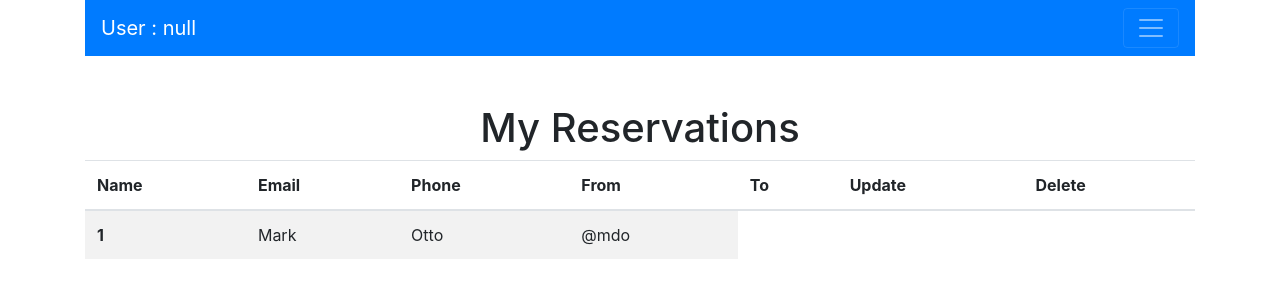
Repository: SachinUthpala/Railway-Reservation
Page: http://localhost/Railway/My_res_sv
An editor plug-in stored every save of this project. The page is shown before and after the next save, followed by the edit.
The browser window is 1280 px wide. The pictures show the whole page.
Some web libraries are served in a nearby version. The page is served by Tomcat 9. Queries for data that is not in the repository find no rows.

Above is the page before, as saved 2023-05-21 06:33:23.

After the next save:
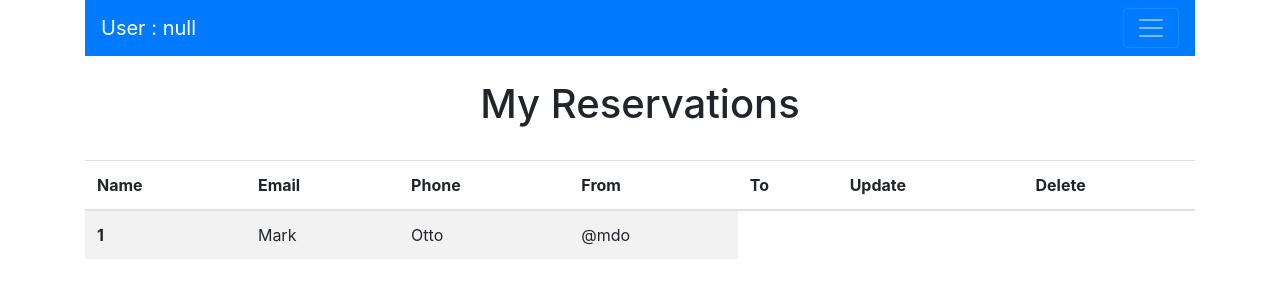
Saved 19 s later.
--- a/Railway/src/main/webapp/Reserve/myReservation.jsp
+++ b/Railway/src/main/webapp/Reserve/myReservation.jsp
@@ -43,9 +43,10 @@
 </div>
 
 <!-- End of Nav Bar -->
-<br><br>
+<br>
 <div class="container">
 <h1> <center>My Reservations</center> </h1>
+<br>
 <table class="table table-striped">
   <thead>
     <tr>
